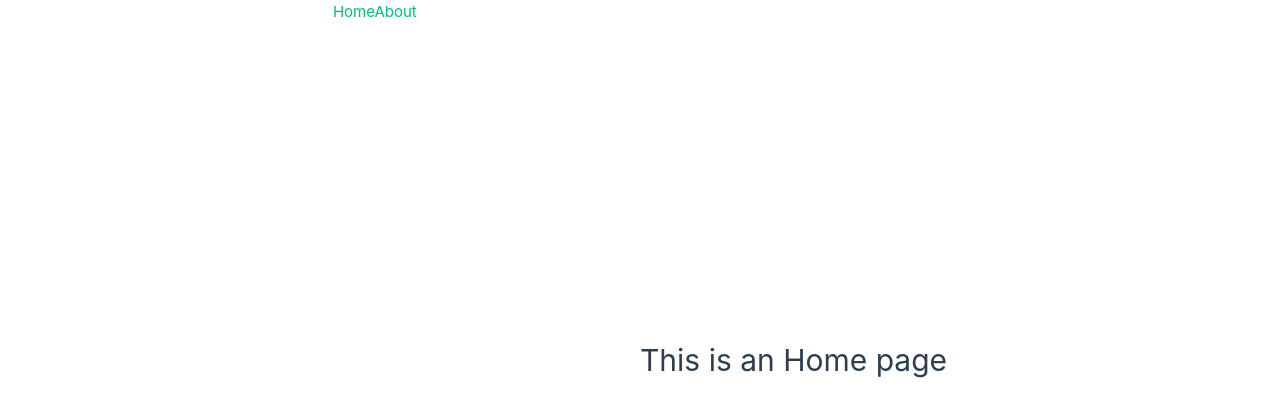
Repository: loktioncode/vectra-shop
Page: /
The author's editor kept a copy of each file at every save. The page is drawn from the files as they stood at one save, then again after the next save.
The browser window is 1280 px wide. The pictures show the whole page.
The project was rebuilt for these pictures with package versions that can differ from the ones it lists, and the page was loaded fresh each time. Also part of the build but not shown: vite.config.ts.

Above is the page before, as saved 2023-09-20 12:30:12.

After the next save:
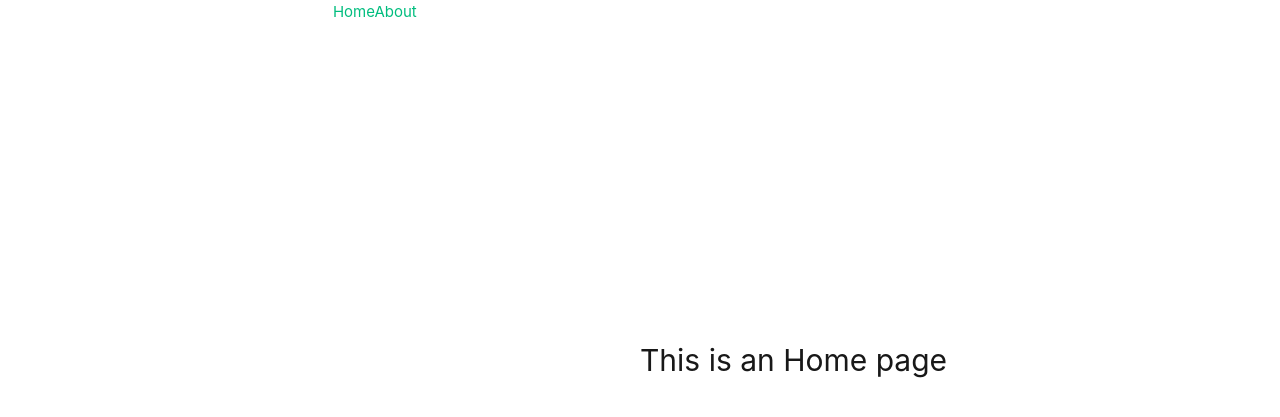
Saved 59 s later.
--- a/src/assets/base.css
+++ b/src/assets/base.css
@@ -4,7 +4,7 @@
   --vt-c-white-soft: #f8f8f8;
   --vt-c-white-mute: #f2f2f2;
 
-  --vt-c-black: #030303;
+  --vt-c-black: #181818;
   --vt-c-black-soft: #222222;
   --vt-c-black-mute: #282828;
 
@@ -31,7 +31,7 @@
   --color-border-hover: var(--vt-c-divider-light-1);
 
   --color-heading: var(--vt-c-text-light-1);
-  --color-text: var(--vt-c-text-light-1);
+  --color-text: var(--vt-c-black);
 
   --section-gap: 160px;
 }
@@ -46,7 +46,7 @@
     --color-border-hover: var(--vt-c-divider-dark-1);
 
     --color-heading: var(--vt-c-text-dark-1);
-    --color-text: var(--vt-c-text-dark-2);
+    --color-text: var(--vt-c-black);
   }
 }
 
@@ -61,6 +61,7 @@
 body {
   min-height: 100vh;
   color: var(--color-text);
+
   background: var(--vt-c-white);
 
   transition:
